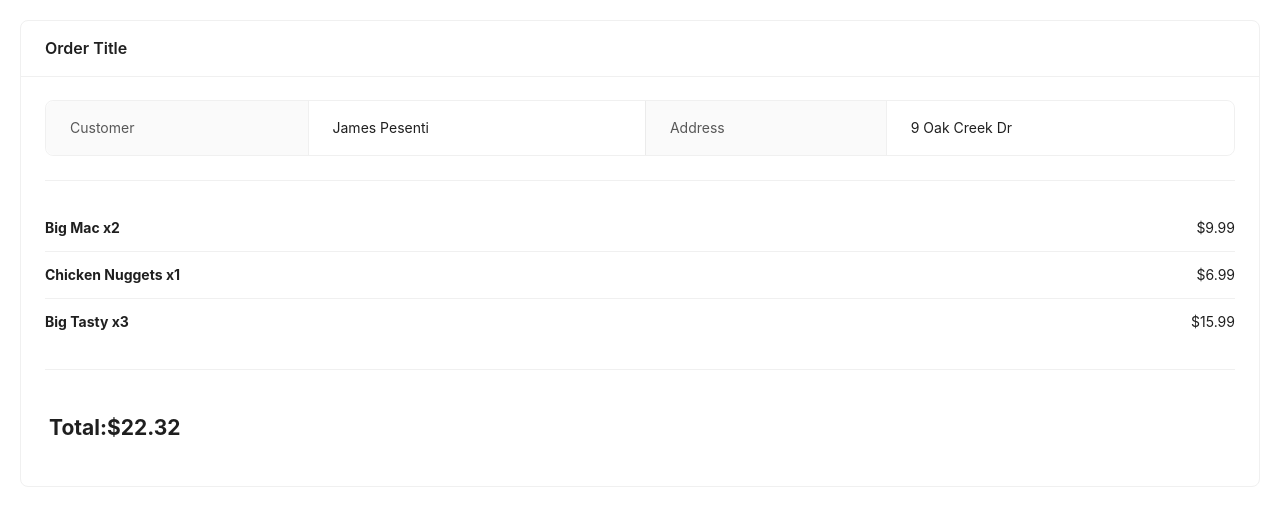
Repository: JamesPesenti/UberEatsDashboard
Page: /menu
These files come from the project's save history. The page is drawn as it stood at one moment and after the next save; the edit follows.
The browser window is 1280 px wide. The pictures show the whole page.
The project was rebuilt for these pictures with package versions that can differ from the ones it lists, and the page was loaded fresh each time.

Above is the page before, as saved 2023-02-24 15:52:12.

### src/index.js
import React from 'react';
import ReactDOM from 'react-dom/client';
import './index.css';
import App from './App';
// import "antd/dist/antd.css"


const root = ReactDOM.createRoot(document.getElementById('root'));
root.render(
  <React.StrictMode>
    <App />
  </React.StrictMode>
);

### src/App.js
import { Card, Descriptions, Divider, List, Button } from "antd"
import dishes from "../src/data/dishes.json"


function App() {
  return (
    <>
      <Card title={'Order Title'} style={{ margin: 20, marginVertical: 50}}>
        <Descriptions bordered column={{lg: 1, md: 1, sm: 1}}>
          <Descriptions.Item label="Customer">James Pesenti</Descriptions.Item>
          <Descriptions.Item label="Address">9 Oak Creek Dr</Descriptions.Item>
        </Descriptions>
        <Divider />
        <List
          dataSource={dishes}
          renderItem={(dishItem) => (
            <List.Item>
              <div style={{fontWeight: "bold"}}>{dishItem.name} x{dishItem.quantity}</div>
              <div>${dishItem.price}</div>
            </List.Item>
          )}
        />
        <Divider />
        <div style={styles.totalContainer}>
          <h2>Total: </h2>
          <h2>$22.32 </h2>
        </div>
      </Card>
    </>
  );
}

const styles = {
  totalContainer: {
    flexDirection: "row",
    display: "flex",
    paddingLeft: 4
  }
}

export default App;

Loaded but not shown: public/index.html (common file); src/index.css (common file); src/data/dishes.json (common file)

After the next save:
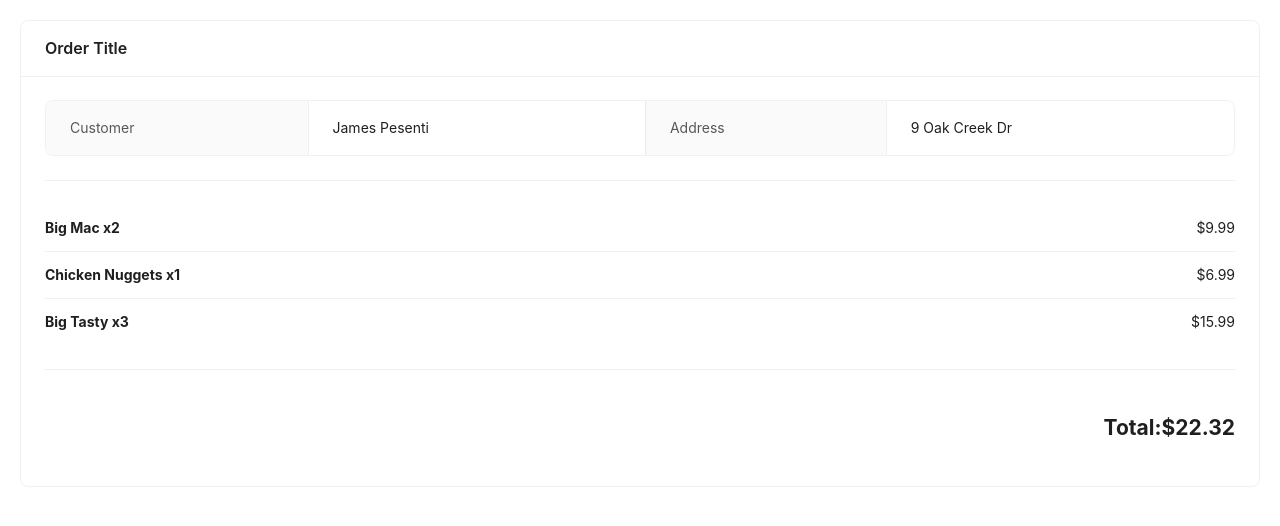
Saved 80 s later.
--- a/src/App.js
+++ b/src/App.js
@@ -22,7 +22,7 @@
         />
         <Divider />
         <div style={styles.totalContainer}>
-          <h2>Total: </h2>
+          <h2 style={styles.totalPrice}>Total: </h2>
           <h2>$22.32 </h2>
         </div>
       </Card>
@@ -35,6 +35,9 @@
     flexDirection: "row",
     display: "flex",
     paddingLeft: 4
+  },
+  totalPrice: {
+    marginLeft: "auto"
   }
 }
 
